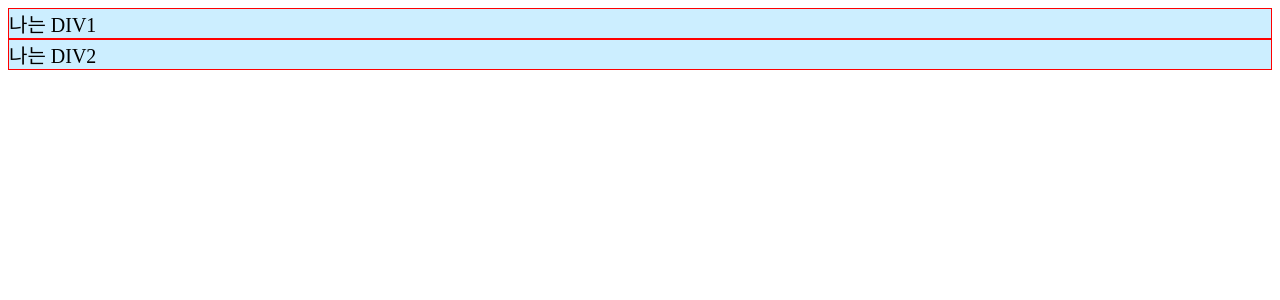
Repository: gold37/JAVA_HOME
Page: myjsp/myjsp/HTML5/WebContent/ch01_cssOrder/cssOrder.html
An editor plug-in stored every save of this project. The page is shown before and after a run of saves, followed by the edit.
The browser window is 1280 px wide. The pictures show the whole page.

Above is the page before, as saved 2020-04-22 05:21:30.

After the next 2 saves:
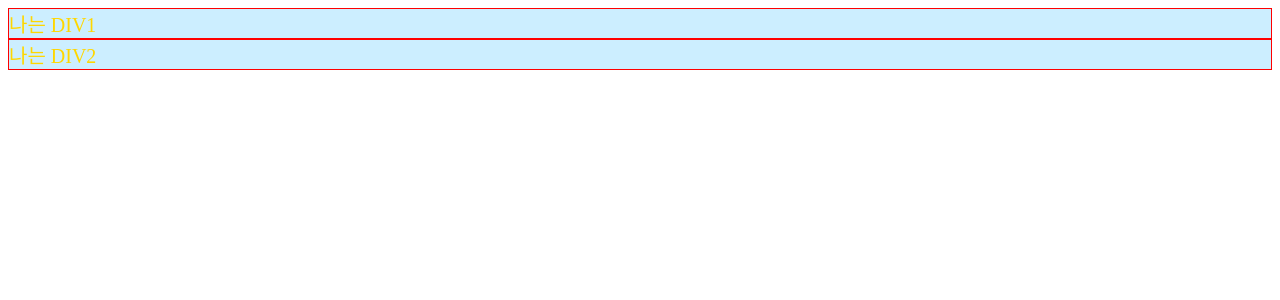
The 2 saves are shown as one change because they came seconds apart.
The last was saved 44 s later.
--- a/myjsp/myjsp/HTML5/WebContent/ch01_cssOrder/cssOrder.html
+++ b/myjsp/myjsp/HTML5/WebContent/ch01_cssOrder/cssOrder.html
@@ -24,7 +24,7 @@ div {
 	border: solid 1px blue; /* border = 실선 테두리의 1px 두께의 파란색 */
 	background-color : #cceeff !important; /* 배경색 연파랑색 강제로 최우선 */
 
-	color: /* 글자색 */
+	color: gold; /* 글자색 */
 
 }
 
